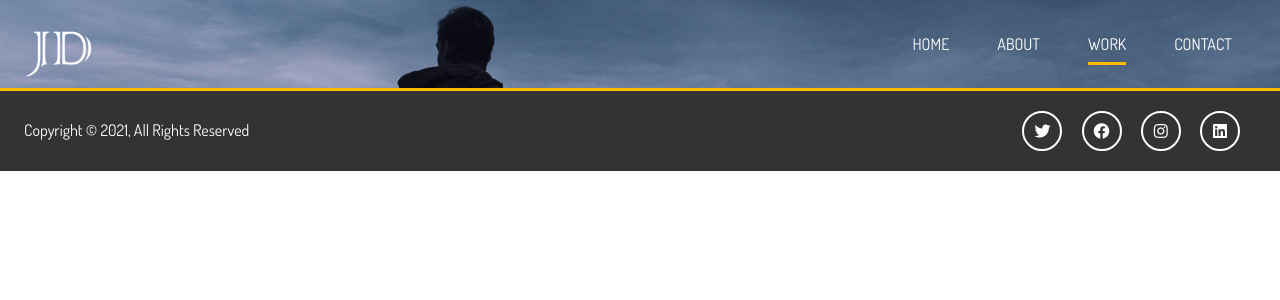
Repository: minhtien9/Portfolio_Website
Page: diet/work.html
These files come from the project's save history. The page is drawn as it stood at one moment and after the next save; the edit follows.
The browser window is 1280 px wide. The pictures show the whole page.

Above is the page before, as saved 2021-08-29 12:11:55.

After the next save:
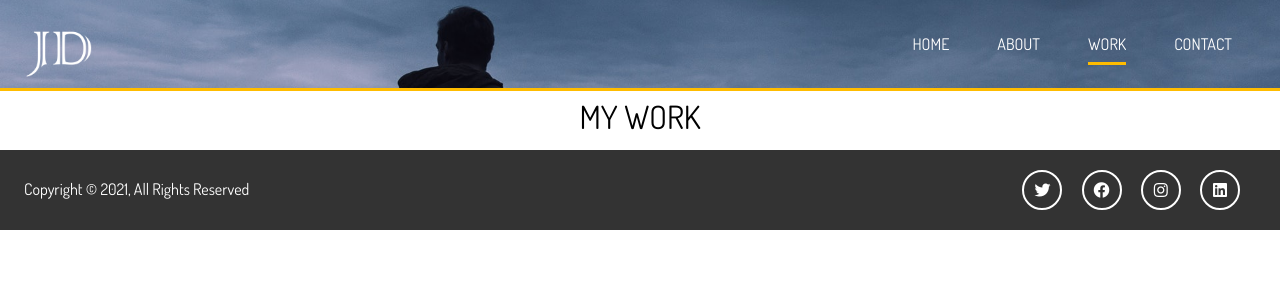
Saved 66 s later.
--- a/diet/work.html
+++ b/diet/work.html
@@ -33,7 +33,12 @@
         </nav>
       </div>
     </header>
-
+    <!-- Section A: Gallery -->
+    <section id="work-a" class="text-center" py-3>
+      <div class="container">
+        <h2 class="section-title">My Work</h2>
+      </div>
+    </section>
     <!-- Footer -->
     <footer id="main-footer">
       <div class="footer-content container">
